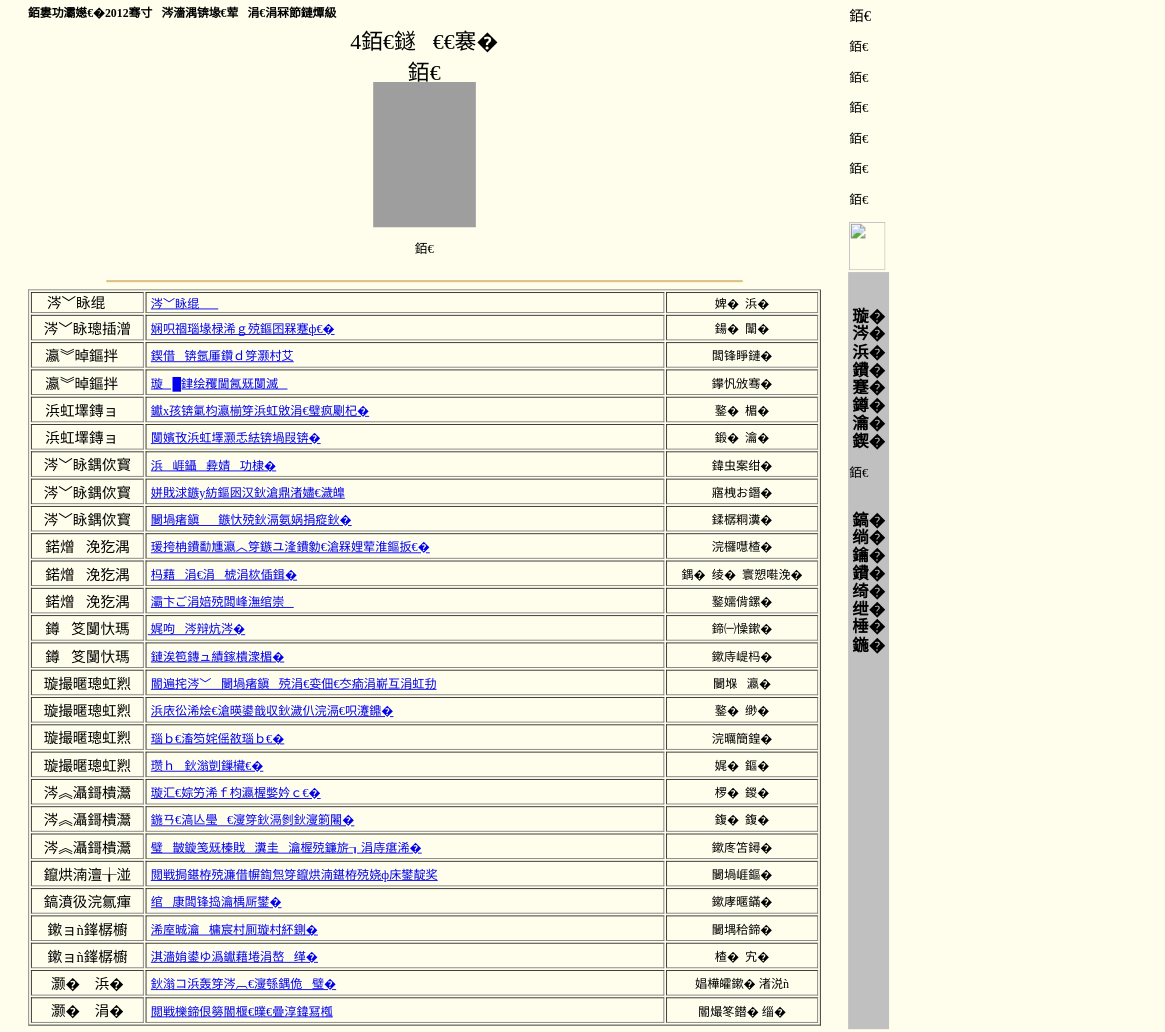
Repository: boboxu/pythonworkspace
Page: TestPyDev/html/2012/201209/201209menu.htm
These files come from the project's save history. The page is drawn as it stood at one moment and after the next save; the edit follows.
The browser window is 1280 px wide. The pictures show the whole page, at 91% of full size.
Pictures or frames that could not be fetched are drawn as grey boxes.

Above is the page before, as saved 2012-11-12 11:06:46.
Not found: TestPyDev/html/2012/title3.gif

After the next save:
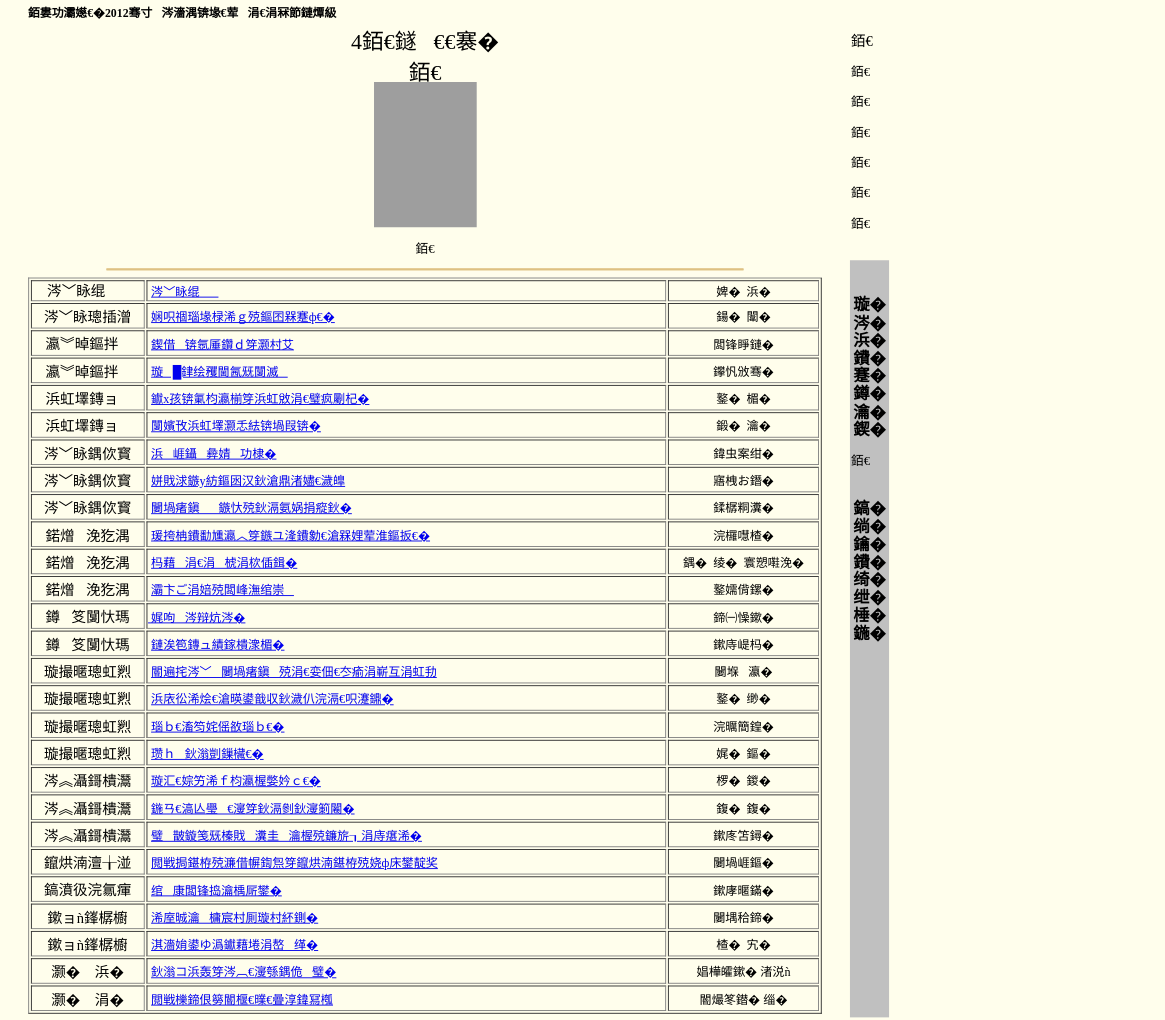
Saved 105 s later.
--- a/TestPyDev/html/2012/201209/201209menu.htm
+++ b/TestPyDev/html/2012/201209/201209menu.htm
@@ -60,7 +60,7 @@ center{ line-height:140% }
       <p>　</p>
       <p>　</p>
       <p>　</p>
-      <p><a href="../main.htm"><img border="0" src="../title3.gif" width="40" height="53"></a></td>
+      <p></td>
   </tr>
   <tr>
     <td width="26"></td>
